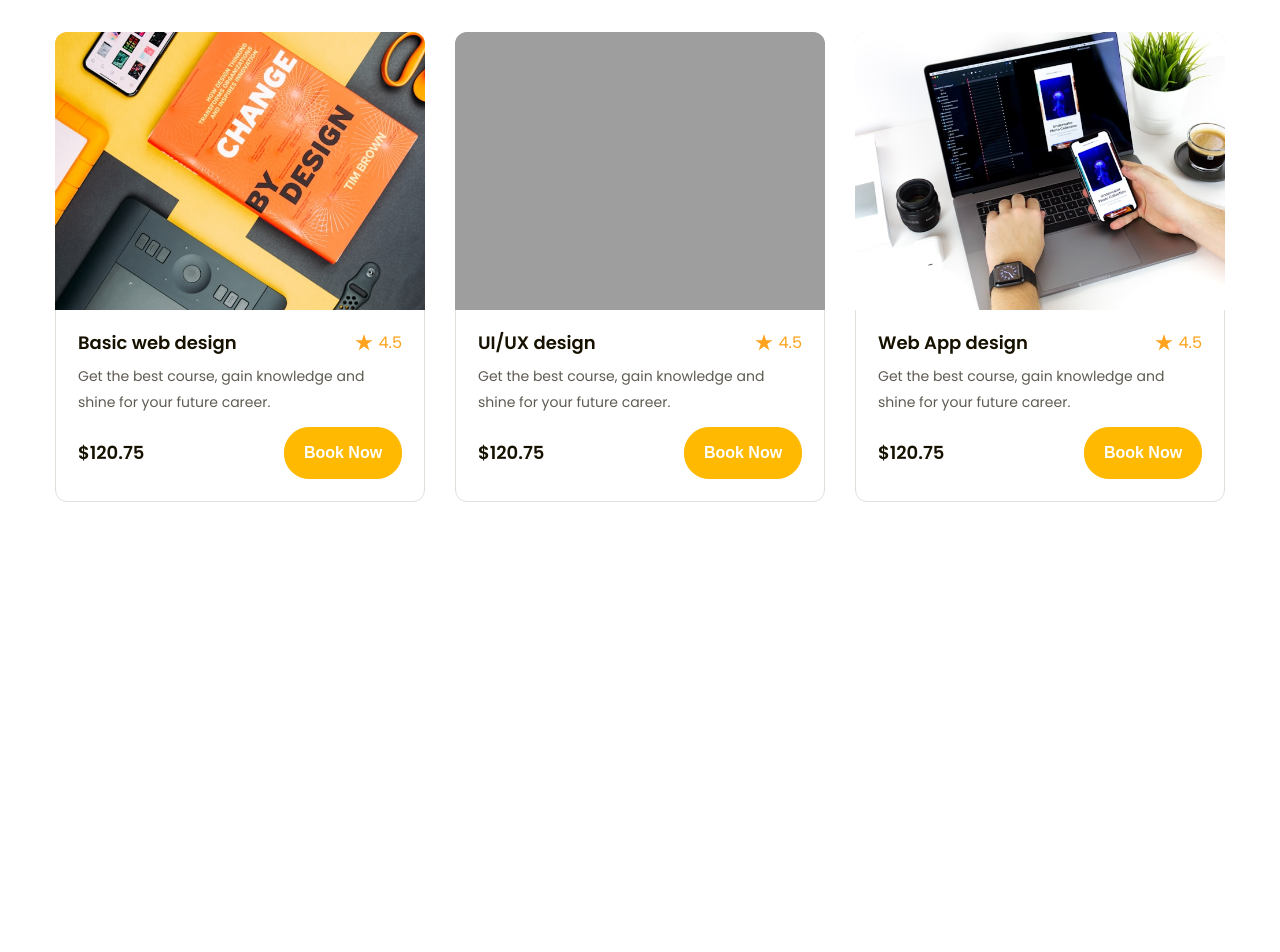
Repository: vancong171001/f8-html-css-02
Page: index.html
The author's editor kept a copy of each file at every save. The page is drawn from the files as they stood at one save, then again after the next save.
The browser window is 1280 px wide. The pictures show the part of the page from y = 1267 to 2219 px (the page is 5000 px tall).
Pictures or frames that could not be fetched are drawn as grey boxes. A picture or video elsewhere on the page could not be fetched, so the positions and the page height are approximate.

Above is the page before, as saved 2025-03-11 14:30:38.

### index.html
<!DOCTYPE html>
<html lang="en">
  <head>
    <meta charset="UTF-8" />
    <meta name="viewport" content="width=device-width, initial-scale=1.0" />
    <title>F8 Project 02</title>
    <!-- Reset CSS -->
    <link rel="stylesheet" href="./assets/css/reset.css" />

    <!-- Embed fonts -->
    <link rel="preconnect" href="https://fonts.googleapis.com" />
    <link rel="preconnect" href="https://fonts.gstatic.com" crossorigin />
    <link
      href="https://fonts.googleapis.com/css2?family=Poppins:ital,wght@0,400;0,500;0,600;0,700;1,400&family=Sen:wght@700&display=swap"
      rel="stylesheet"
    />

    <!-- Style CSS -->
    <link rel="stylesheet" href="assets/css/style.css" />
  </head>
  <body>
    <main style="height: 5000px">
      <!-- Header -->
      <header class="header fixed">
        <div class="main-content">
          <div class="body">
            <!-- Logo -->
            <img src="./assets/img/logo.svg" alt="Lesson" class="logo" />

            <!-- Nav -->
            <nav class="nav">
              <ul>
                <li class="active">
                  <a href="#!">Home</a>
                </li>
                <li>
                  <a href="#!">Courses</a>
                </li>
                <li>
                  <a href="#!">Pricing</a>
                </li>
                <li>
                  <a href="#!">Reviews</a>
                </li>
              </ul>
            </nav>

            <!-- Action -->
            <div class="action">
              <a href="#!" class="btn sign-up-btn">Sign Up</a>
            </div>
          </div>
        </div>
      </header>

      <!-- Hero -->
      <div class="hero">
        <div class="main-content">
          <div class="body">
            <!-- Hero left -->
            <div class="media-block">
              <img
                src="https://images.unsplash.com/photo-1740734940319-7208196590b7?w=600&auto=format&fit=crop&q=60&ixlib=rb-4.0.3&ixid=M3wxMjA3fDB8MHxmZWF0dXJlZC1waG90b3MtZmVlZHwxNHx8fGVufDB8fHx8fA%3D%3D"
                alt="Learn without limits and spread knowledge."
                class="img"
              />

              <div class="hero-summary">
                <div class="item">
                  <div class="icon">
                    <img src="./assets/icon/list.svg" alt="" />
                  </div>
                  <div class="info">
                    <p class="lable">20 Courses</p>
                    <p class="title">UI/UX Design</p>
                  </div>
                </div>
                <div class="item">
                  <div class="icon">
                    <img src="./assets/icon/code.svg" alt="" />
                  </div>
                  <div class="info">
                    <p class="lable">20 Courses</p>
                    <p class="title">Development</p>
                  </div>
                </div>
                <div class="item">
                  <div class="icon">
                    <img src="./assets/icon/speaker.svg" alt="" />
                  </div>
                  <div class="info">
                    <p class="lable">30 Courses</p>
                    <p class="title">Marketing</p>
                  </div>
                </div>
              </div>
            </div>

            <!-- Hero right -->
            <div class="content-block">
              <h1 class="heading lv1">
                Learn without limits and spread knowledge.
              </h1>
              <p class="desc">
                Build new skills for that “this is my year” feeling with
                courses, certificates, and degrees from world-class universities
                and companies.
              </p>
              <div class="cta-group">
                <a href="#!" class="btn hero-cta">See Courses</a>
                <button class="watch-video">
                  <div class="icon">
                    <img src="./assets/icon/play.svg" alt="" />
                  </div>
                  <span>Watch Video</span>
                </button>
              </div>
              <p class="desc">Recent engagement</p>
              <p class="desc stats">
                <strong>50K</strong> Students <strong>70+</strong> Courses
              </p>
            </div>
          </div>
        </div>
      </div>

      <!-- Popular -->
      <div class="popular">
        <div class="main-content">
          <div class="popular-top">
            <div class="info">
              <h2 class="heading lv2">Our popular courses</h2>
              <p class="desc">
                Build new skills with new trendy courses and shine for the next
                future career.
              </p>
            </div>
            <div class="controls">
              <button class="control-btn">
                <svg
                  width="8"
                  height="14"
                  viewBox="0 0 8 14"
                  fill="none"
                  xmlns="http://www.w3.org/2000/svg"
                >
                  <path
                    d="M7 1L1 7L7 13"
                    stroke="currentColor"
                    stroke-linecap="round"
                    stroke-linejoin="round"
                  />
                </svg>
              </button>
              <button class="control-btn">
                <svg
                  width="8"
                  height="14"
                  viewBox="0 0 8 14"
                  fill="none"
                  xmlns="http://www.w3.org/2000/svg"
                >
                  <path
                    d="M1 1L7 7L1 13"
                    stroke="currentColor"
                    stroke-linecap="round"
                    stroke-linejoin="round"
                  />
                </svg>
              </button>
            </div>
          </div>

          <div class="course-list">
            <!-- Course Item 1 -->
            <div class="course-item">
              <img
                src="./assets/img/course-1.jpg"
                alt="Basic web design"
                class="thumb"
              />
              <div class="info">
                <div class="head">
                  <h3 class="title">Basic web design</h3>
                  <div class="rating">
                    <img src="./assets/icon/star.svg" alt="Star" class="star" />
                    <span class="value">4.5</span>
                  </div>
                </div>
                <p class="desc">
                  Get the best course, gain knowledge and shine for your future
                  career.
                </p>
                <div class="foot">
                  <span class="price">$120.75</span>
                  <button class="btn">Book Now</button>
                </div>
              </div>
            </div>
            <!-- Course Item 2 -->
            <div class="course-item">
              <img
                src="./assets/img/course-2.jpg"
                alt="UI/UX design"
                class="thumb"
              />
              <div class="info">
                <div class="head">
                  <h3 class="title">UI/UX design</h3>
                  <div class="rating">
                    <img src="./assets/icon/star.svg" alt="Star" class="star" />
                    <span class="value">4.5</span>
                  </div>
                </div>
                <p class="desc">
                  Get the best course, gain knowledge and shine for your future
                  career.
                </p>
                <div class="foot">
                  <span class="price">$120.75</span>
                  <button class="btn">Book Now</button>
                </div>
              </div>
            </div>
            <!-- Course Item 3 -->
            <div class="course-item">
              <img
                src="./assets/img/course-3.jpg"
                alt="Web App design"
                class="thumb"
              />
              <div class="info">
                <div class="head">
                  <h3 class="title">Web App design</h3>
                  <div class="rating">
                    <img src="./assets/icon/star.svg" alt="Star" class="star" />
                    <span class="value">4.5</span>
                  </div>
                </div>
                <p class="desc">
                  Get the best course, gain knowledge and shine for your future
                  career.
                </p>
                <div class="foot">
                  <span class="price">$120.75</span>
                  <button class="btn">Book Now</button>
                </div>
              </div>
            </div>
          </div>
        </div>
      </div>
    </main>
  </body>
</html>

### assets/css/style.css
* {
  box-sizing: border-box;
}

:root {
  --primary-color: #ffb900;
  --font-heading: Sen, san-serif;
}

html {
  font-size: 62.5%;
}

body {
  font-size: 1.6rem;
  font-family: "Poppins", sans-serif;
}

/* ========== Common ========= */
a {
  text-decoration: none;
}

.btn {
  display: inline-block;
  min-width: 118px;
  padding: 0 16px;
  line-height: 50px;
  color: #fff;
  text-align: center;
  font-size: 1.6rem;
  font-weight: 600;
  border-radius: 999px;
  background: #171100;
}

.btn:hover {
  opacity: 0.9;
}

.heading {
  color: #171100;
  font-family: var(--font-heading);
  font-weight: 700;
  letter-spacing: -0.02em;
}

.heading.lv1 {
  font-size: 5.8rem;
  line-height: 1.17; /* 117.241% */
}

.heading.lv2 {
  font-size: 3.8rem;
  line-height: 1.26; /* 126.316% */
}

.main-content {
  width: 1170px;
  max-width: calc(100% - 48px);
  margin-left: auto;
  margin-right: auto;
}

/* ========== Header ========= */
.header {
  background: #fffcf4;
}

.header.fixed {
  position: sticky;
  top: -28px;
  z-index: 1;
}

.header .body {
  display: flex;
  align-items: center;
  padding: 36px 0 8px;
}

.nav {
  margin-left: auto;
}

.nav ul {
  display: flex;
}

.nav a {
  position: relative;
  padding: 8px 21px;
  color: #5f5b53;
  font-size: 1.6rem;
}

.nav a:hover,
.nav li.active a {
  /* font-weight: 600; */
  text-shadow: 1px 0 0 currentColor;
  color: #171100;
}

.nav li.active a::after {
  content: "";
  position: absolute;
  left: 21px;
  bottom: 6px;
  display: block;
  width: 12px;
  height: 2px;
  border-radius: 1px;
  background: #171100;
}

.header .sign-up-btn {
  min-width: 144px;
}

.header .action {
  margin-left: 49px;
}

/* ========== Hero ========= */
.hero {
  padding: 56px 0 65px;
  background: #fffcf4;
}

.hero .body {
  display: flex;
}

/* Hero Left */
.hero .media-block {
  position: relative;
  width: 48%;
}

.hero .media-block .img {
  width: 470px;
  height: 685px;
  object-fit: cover;
  border-radius: 20px;
  display: block;
}

.hero-summary {
  position: absolute;
  right: 0;
  bottom: 48px;
  width: 270px;
  padding: 24px;
  border-radius: 12px;
  background: #fff;
  box-shadow: 0px 16px 32px 0px rgba(0, 0, 0, 0.05);
}

.hero-summary .item {
  display: flex;
  align-items: center;
}

.hero-summary .item + .item {
  margin-top: 22px;
}

.hero-summary .icon {
  width: 48px;
  height: 48px;
  border-radius: 50%;
  display: flex;
  justify-content: center;
  align-items: center;
  background: #fff9e8;
}

.hero-summary .item:nth-of-type(2) .icon {
  background: #fcefff;
}
.hero-summary .item:last-child .icon {
  background: #ebeaff;
}

.hero-summary .info {
  margin-left: 16px;
}

.hero-summary .lable {
  color: #5f5b53;
  font-size: 1.4rem;
  line-height: 1.86; /* 185.714% */
}

.hero-summary .title {
  color: #171100;
  font-size: 1.8rem;
  font-weight: 600;
  line-height: 1.67; /* 166.667% */
}

/* Hero Right */
.hero .content-block {
  width: 52%;
  padding: 64px 0 0 130px;
}

.hero .desc {
  margin-top: 22px;
  color: #5f5b53;
  font-size: 1.8rem;
  line-height: 1.67; /* 166.667% */
}

.hero .cta-group {
  display: flex;
  align-items: center;
  margin: 38px 0 48px;
}

.hero .hero-cta {
  min-width: 180px;
  line-height: 64px;
  background: var(--primary-color);
  border-radius: 32px;
}

.hero .watch-video {
  display: flex;
  align-items: center;
  border: none;
  background: transparent;
  margin-left: 28px;
  cursor: pointer;
}

.hero .watch-video .icon {
  width: 40px;
  height: 40px;
  border-radius: 50%;
  display: flex;
  justify-content: center;
  align-items: center;
  background: #ffffff;
  box-shadow: 0px 8px 16px rgba(0, 0, 0, 0.07);
}

.hero .watch-video span {
  color: #171100;
  font-size: 1.8rem;
  font-weight: 600;
  line-height: 1.67; /* 166.667% */
  margin-left: 14px;
}

.hero .stats {
  margin: 8px 0 0 -28px;
}

.hero .stats strong {
  color: #171100;
  font-family: var(--font-heading);
  font-size: 4.4rem;
  font-weight: 700;
  line-height: 1.22; /* 122.727% */
  padding: 0 8px 0 28px;
}

/* ========== Hero ========= */
.popular {
  padding: 65px 0;
  margin-top: 135px;
}

.popular-top {
  display: flex;
  justify-content: space-between;
  align-items: center;
}

.popular-top .desc {
  color: #5f5b53;
  font-size: 1.8rem;
  line-height: 1.67; /* 166.667% */
  margin-top: 16px;
  width: 458px;
}

.popular-top .controls {
  display: flex;
  gap: 18px;
}

.popular-top .control-btn {
  background: transparent;
  border: 1px solid var(--primary-color);
  width: 40px;
  height: 40px;
  border-radius: 50%;
  display: flex;
  justify-content: center;
  align-items: center;
  color: var(--primary-color);
}

.popular-top .control-btn:hover {
  background: var(--primary-color);
  color: #fff;
  cursor: pointer;
}

.popular .course-list {
  margin-top: 55px;
  display: flex;
  gap: 30px;
}

.popular .course-item {
  flex: 1;
  border-radius: 12px;
  border: 1px solid #e2dfda;
  background: #fff;
}

.popular .course-item .thumb {
  width: calc(100% + 2px);
  border-radius: 12px 12px 0px 0px;
  height: 278px;
  object-fit: cover;
  margin: -1px;
}

.popular .info {
  margin: 16px 22px 22px;
}

.popular .course-item .head,
.popular .course-item .rating,
.popular .course-item .foot {
  display: flex;
  justify-content: space-between;
  align-items: center;
}

.popular .course-item .title {
  color: #171100;
  font-size: 1.8rem;
  font-weight: 600;
  line-height: 1.67; /* 166.667% */
}

.popular .rating .value {
  color: #fea31b;
  font-size: 1.6rem;
  margin-left: 6px;
  line-height: 1.75;
}

.popular .desc {
  color: #5f5b53;
  font-size: 1.4rem;
  line-height: 1.85; /* 185.714% */
  margin-top: 6px;
}

.popular .foot {
  margin-top: 12px;
}

.popular .foot .price {
  color: #171100;
  font-size: 1.8rem;
  font-weight: 600;
  line-height: 1.67; /* 166.667% */
}

.popular .foot .btn {
  border-radius: 25px;
  background: var(--primary-color);
  border: 1px solid var(--primary-color);
}

Loaded but not shown: assets/css/reset.css (common file)

After the next save:
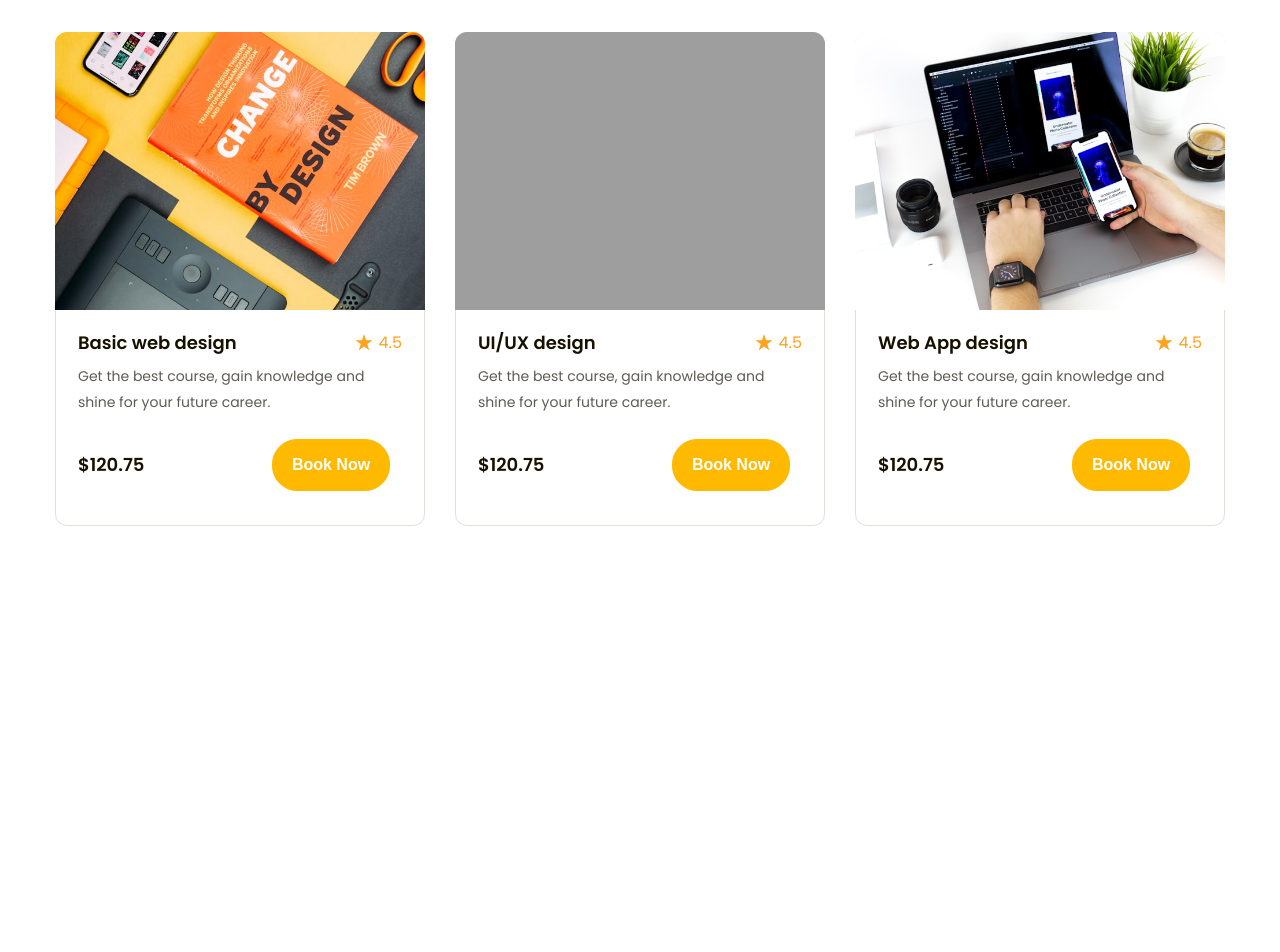
Saved 19 s later.
--- a/assets/css/style.css
+++ b/assets/css/style.css
@@ -378,4 +378,5 @@
   border-radius: 25px;
   background: var(--primary-color);
   border: 1px solid var(--primary-color);
-}
+  margin: 12px ;
+}
